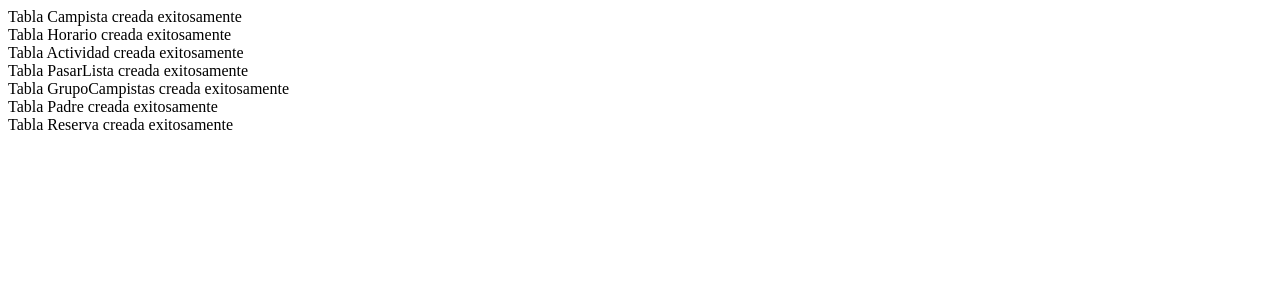
Repository: maariadomiingo/Proyecto-Integrador-Campamento
Page: http://localhost/php/tablas.php
These files come from the project's save history. The page is drawn as it stood at one moment and after the next save; the edit follows.
The browser window is 1280 px wide. The pictures show the whole page.
The page is run by PHP 8.4 with error messages shown; the project is at /var/www/html/.

Above is the page before, as saved 2025-02-12 19:00:57.

After the next save:
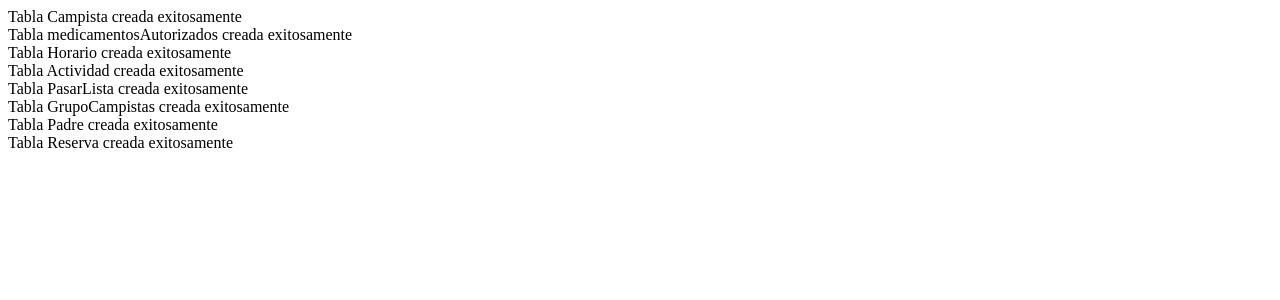
Saved 16 s later.
--- a/php/tablas.php
+++ b/php/tablas.php
@@ -26,11 +26,22 @@ $tables = [
     "Campista" => "CREATE TABLE IF NOT EXISTS Campista (
         id_campista INT AUTO_INCREMENT PRIMARY KEY,
         nombre VARCHAR(50),
-        apellido VARCHAR(50),
+        direccion VARCHAR(50),
         fechaNacimiento DATE,
-        alergias TEXT,
-        necesidadesEspeciales TEXT
+        historialMedicoRelevante VARCHAR (100),
+        necesidadesEspeciales VARCHAR (100),
+        nombreEmergencia VARCHAR (100),
+        telefonoEmergencia VARCHAR (15)
+
+
     );",
+
+    "medicamentosAutorizados" => "CREATE TABLE IF NOT EXISTS medicamentosAutorizados (
+        id_campista INT,
+        medicamento VARCHAR(50),
+        PRIMARY KEY (id_campista, medicamento),
+        FOREIGN KEY (id_campista) REFERENCES Campista(id_campista) ON DELETE CASCADE
+        );",
 
     "Horario" => "CREATE TABLE IF NOT EXISTS Horario (
         id_horario INT AUTO_INCREMENT PRIMARY KEY,
@@ -72,12 +83,9 @@ $tables = [
     "Padre" => "CREATE TABLE IF NOT EXISTS Padre (
         id_padre INT AUTO_INCREMENT PRIMARY KEY,
         nombre VARCHAR(50) NOT NULL,
-        relacion VARCHAR(50) NOT NULL,
         apellido VARCHAR(50) NOT NULL,
         email VARCHAR(100) NOT NULL UNIQUE,
-        telefono VARCHAR(15) NOT NULL,
-        id_campista INT NOT NULL,
-        FOREIGN KEY (id_campista) REFERENCES Campista(id_campista) ON DELETE CASCADE
+        telefono VARCHAR(15) NOT NULL
     );",
 
     "Reserva" => "CREATE TABLE IF NOT EXISTS Reserva (
